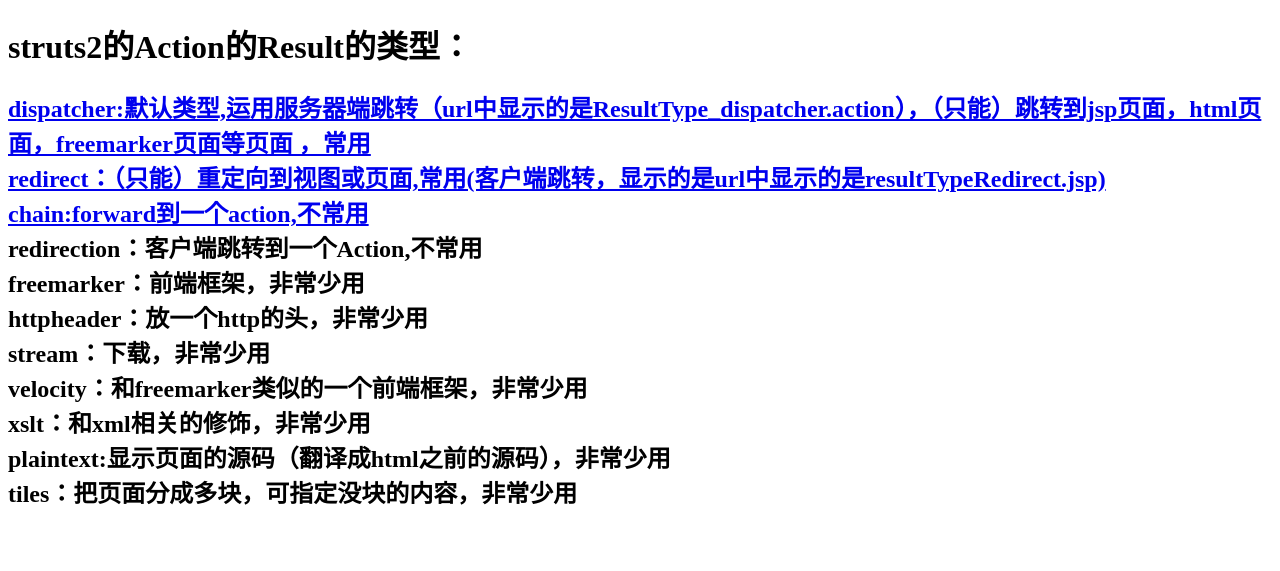
Repository: fupq/fpqStruts2
Page: http://localhost/struts206DataCheck20181016/resultType.jsp
These files come from the project's save history. The page is drawn as it stood at one moment and after the next save; the edit follows.
The browser window is 1280 px wide. The pictures show the whole page.
The page is served by Tomcat 9. Nobody is signed in. The application's start-up code is not run. Other server files are loaded and not shown.

Above is the page before, as saved 2018-10-22 17:24:43.

### struts206DataCheck20181016/WebRoot/resultType.jsp
<%@ page language="java" contentType="text/html; charset=GB18030"
    pageEncoding="GB18030"%>
<!DOCTYPE html>
<html>
<head>
<meta charset="GB18030">
<title>resultType</title>
</head>
<body>
	<h1>struts2的Action的Result的类型：</h1>
	<h2>
		<a href="http://localhost:8080/struts206DataCheck20181016/resultType/ResultType_dispatcher.action">dispatcher:默认类型,运用服务器端跳转（url中显示的是ResultType_dispatcher.action），（只能）跳转到jsp页面，html页面，freemarker页面等页面	，常用</a><br>
		<a href="http://localhost:8080/struts206DataCheck20181016/resultType/ResultType_redirect.action">redirect：（只能）重定向到视图或页面,常用(客户端跳转，显示的是url中显示的是resultTypeRedirect.jsp)	<br></a>
		<a href="http://localhost:8080/struts206DataCheck20181016/resultType/ResultType_chain.action">chain:forward到一个action,不常用</a> <br>
		redirection：客户端跳转到一个Action,不常用<br>
		freemarker：前端框架，非常少用<br>
		httpheader：放一个http的头，非常少用<br>
		stream：下载，非常少用<br>
		velocity：和freemarker类似的一个前端框架，非常少用<br>
		xslt：和xml相关的修饰，非常少用<br>
		plaintext:显示页面的源码（翻译成html之前的源码），非常少用<br>
		tiles：把页面分成多块，可指定没块的内容，非常少用<br>
	</h2>
</body>
</html>

After the next save:
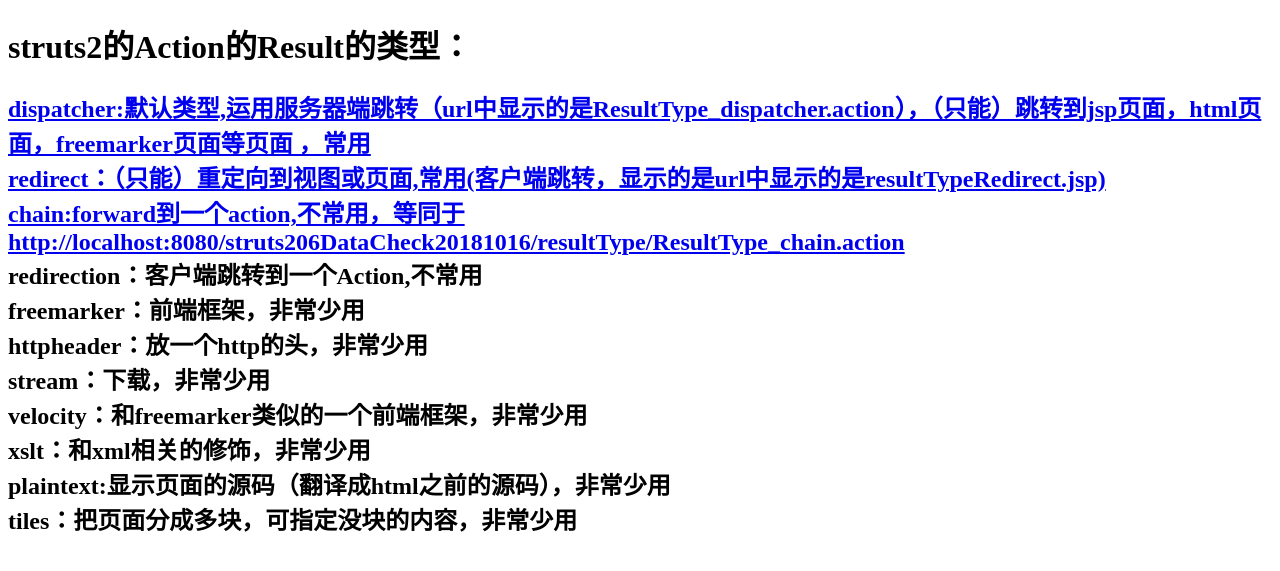
Saved 45 s later.
--- a/struts206DataCheck20181016/WebRoot/resultType.jsp
+++ b/struts206DataCheck20181016/WebRoot/resultType.jsp
@@ -11,7 +11,7 @@
 	<h2>
 		<a href="http://localhost:8080/struts206DataCheck20181016/resultType/ResultType_dispatcher.action">dispatcher:默认类型,运用服务器端跳转（url中显示的是ResultType_dispatcher.action），（只能）跳转到jsp页面，html页面，freemarker页面等页面	，常用</a><br>
 		<a href="http://localhost:8080/struts206DataCheck20181016/resultType/ResultType_redirect.action">redirect：（只能）重定向到视图或页面,常用(客户端跳转，显示的是url中显示的是resultTypeRedirect.jsp)	<br></a>
-		<a href="http://localhost:8080/struts206DataCheck20181016/resultType/ResultType_chain.action">chain:forward到一个action,不常用</a> <br>
+		<a href="http://localhost:8080/struts206DataCheck20181016/resultType/ResultType_chain.action">chain:forward到一个action,不常用，等同于http://localhost:8080/struts206DataCheck20181016/resultType/ResultType_chain.action</a> <br>
 		redirection：客户端跳转到一个Action,不常用<br>
 		freemarker：前端框架，非常少用<br>
 		httpheader：放一个http的头，非常少用<br>
